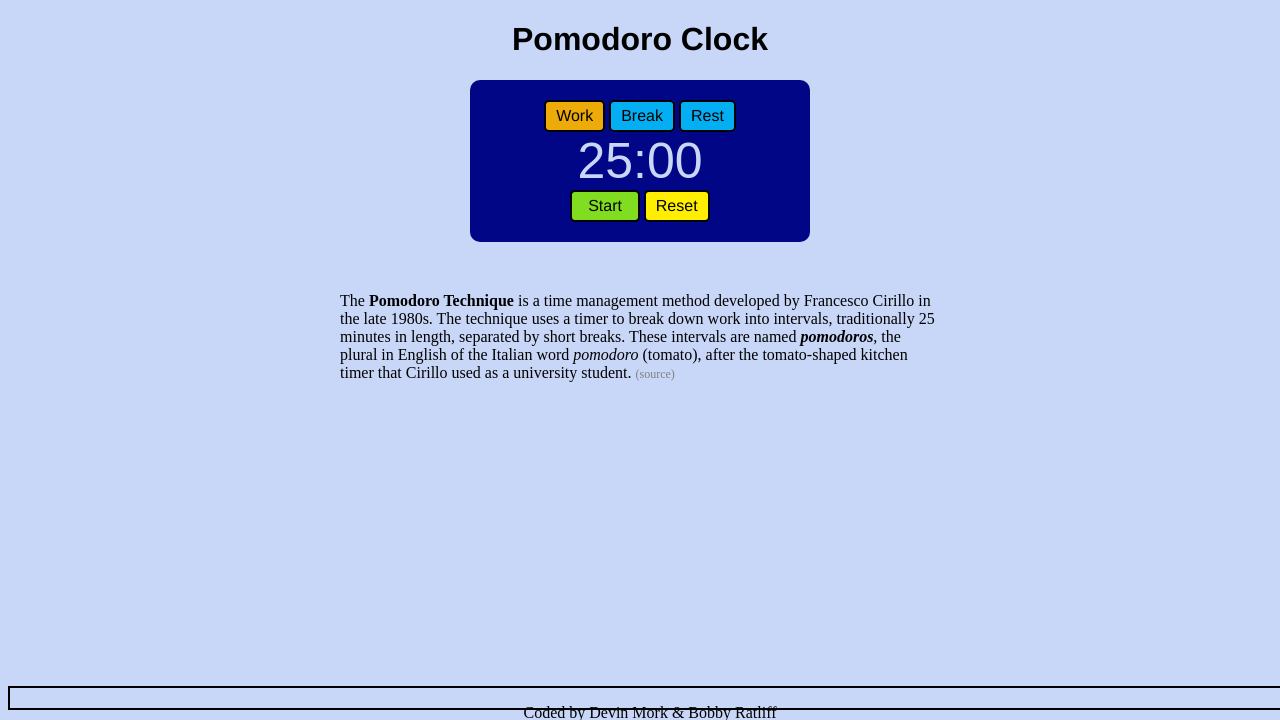
Repository: Demo318/pomodoro-clock
Page: index.html
The author's editor kept a record of every edit. The page is drawn from the files as they stood at one moment, then again after the next edit.
The browser window is 1280 px wide. The pictures show the whole page.

Above is the page before.

### index.html
<!Doctype HTML>
<html>
<head>
    <link rel="stylesheet" href="style.css" />
    <title>Best Clock Evar!</title>
</head>
<body>
    <div class="container"></div>
<h1>Pomodoro Clock</h1>
<div class="clock-app">
    <div class="workflow-commands">
        <div class="work button">Work</div>
        <div class="break button">Break</div>
        <div class="rest button">Rest</div>
    </div>
    <div class="timer">00:00</div>
    <div class="timer-control">
        <div class="start-timer button start">Start</div>
        <div class="reset-timer button">Reset</div>
    </div>
</div>
    <div class="description">
        <p>The <b>Pomodoro Technique</b> is a time management method developed by Francesco Cirillo in the late 1980s. The technique uses a timer to break down work into intervals, traditionally 25 minutes in length, separated by short breaks. These intervals are named <b><i>pomodoros</i></b>, the plural in English of the Italian word <i>pomodoro</i> (tomato), after the tomato-shaped kitchen timer that Cirillo used as a university student. <a href="https://en.wikipedia.org/wiki/Pomodoro_Technique"><span class="citation">(source)</span></a></p>
    </div>
    <div class="credit">
        <p>Coded by <a href="https://github.com/Demo318">Devin Mork</a> &amp; <a href="https://github.com/rratliff">Bobby Ratliff</a></p>
    </div>
</div>
<script src="jquery-3.2.1.js"></script>
<script src="app.js"></script>
</body>
</html>

### style.css
body {
    background-color: #C8D6F7;

}

h1 {
    font-family: Helvetica, Arial, sans-serif;
    text-align: center;
}

.clock-app {
    width: 300px;
    margin: auto;
    text-align: center;
    border: 0px solid black;
    border-radius: 10px;
    padding: 20px;
    background-color: #000685;

}


.button {
    display: inline-block;
    border: 2px solid black;
    border-radius: 5px;
    font-family: Helvetica, Arial, sans-serif;
    padding: 5px 10px;
    background-color: #03AEF3;

}

.button:hover {
    cursor: pointer;
}

.start-timer {
    width: 45.375px;
}

.reset-timer {
    background-color: #ffee00;
}

.start {
        background-color: #81DD1F;
}

.pause {
    background-color: #ED6C28;
}

.workflow-commands {
    display: block;
    margin:auto;
}

.timer {
   display: block;
   font-size: 50px;
   font-family: Arial, sans-serif;
   color: #C8D6F7;
}

.timer-control {
    display: block;
}

.highlight {
    background-color: #EDAB09;
}

.description {
    width: 600px;
    margin: 50px auto;
}

a {
    text-decoration: none;
    color:black;
}

.citation {
    color: gray;
    font-size: 12px;
}

.credit {
    position: fixed;
    bottom: 10px;
    text-align: center;
    border: 2px solid black;
    width: 100%;
    height: 20px;
    margin-left: auto;
    margin-right: auto;
    margin-top: auto;
}

### app.js
var clockStates = {"work":25*60,"break": 5*60,"rest":15*60};
var time = 0
var intervalID = undefined
var isRunning = false
var workflow = []
var currentWorkflow = "work"
var audio = new Audio('timer-with-ding.wav');

var convertTime = function (seconds) {
    var minutes = Math.floor(seconds/60);
    seconds = (seconds - (minutes*60)).toString();
    if (seconds.length < 2) {
        seconds = "0" + seconds
    }
    minutes = minutes.toString()
    if (minutes.length < 2) {
        minutes = "0" + minutes
    }
    return minutes + ":" + seconds;
};

var renderTimer = function () {
    $(".timer").html(convertTime(time));
    var currentClass = "." + currentWorkflow
    if ($(currentClass).hasClass("highlight")){} else {
        $(".workflow-commands .button").removeClass("highlight");
        $(currentClass).addClass("highlight");
    }
    if (isRunning && $(".start-timer").hasClass("start")) {
            $(".start-timer").html("Pause").removeClass("start").addClass("pause")
        }
};

var timerEnded = function() {
    audio.play(); //play sound
    if (workflow.length == 6) {
        workflow = []
    }
    var next
    workflow.push(currentWorkflow);
    if (currentWorkflow == "work") {
        switch (workflow.filter(function(el) { return el == "work"}).length) {
            case 1:
                next = "break";
                break;
            case 2:
                next = "break";
                break;
            case 3:
                next = "rest";
                break;
        }
    } else if (currentWorkflow == "break" || currentWorkflow == "rest") {
        next = "work"
    }
    time = clockStates[next]
    currentWorkflow = next
    startTimer();
}

var startTimer = function () {
       intervalID = setInterval(function (){
                if (time === 0) {
                    stopTimer()
                    timerEnded()
                }
                else {
                    time = time-1
                }
                renderTimer()
            }, 1000)
            isRunning = true;
};

var stopTimer = function() {
    clearInterval(intervalID)
    isRunning = false;
}

var setStartButton = function () {
    $(".start-timer").html("Start").removeClass("pause").addClass("start");
}

$(document).ready(function () {



    // initial value
    time = clockStates["work"]
    renderTimer()


    //click listeners to reset timer
    $(".workflow-commands .work").on("click", function (){
        currentWorkflow = "work"
        time = clockStates[currentWorkflow]
        renderTimer()
        stopTimer()
        setStartButton()
    })

    $(".workflow-commands .break").on("click", function (){
        currentWorkflow = "break"
        time = clockStates[currentWorkflow]
        renderTimer()
        stopTimer()
        setStartButton()
    })

    $(".workflow-commands .rest").on("click", function (){
        currentWorkflow = "rest"
        time = clockStates[currentWorkflow]
        renderTimer()
        stopTimer()
        setStartButton()
    })

    $(".timer-control .start-timer").on("click", function () {
        if (isRunning) {
            stopTimer()
        } else {
            startTimer()
        }
        if ($(".start-timer").hasClass("pause")) {
            setStartButton()
        }
    })

    $(".timer-control .reset-timer").on("click", function() {
        stopTimer()
        currentWorkflow = "work"
        workflow = []
        time = clockStates[currentWorkflow]
        renderTimer()
        setStartButton()
    })

});

Loaded but not shown: jquery-3.2.1.js (library)

After the next edit:
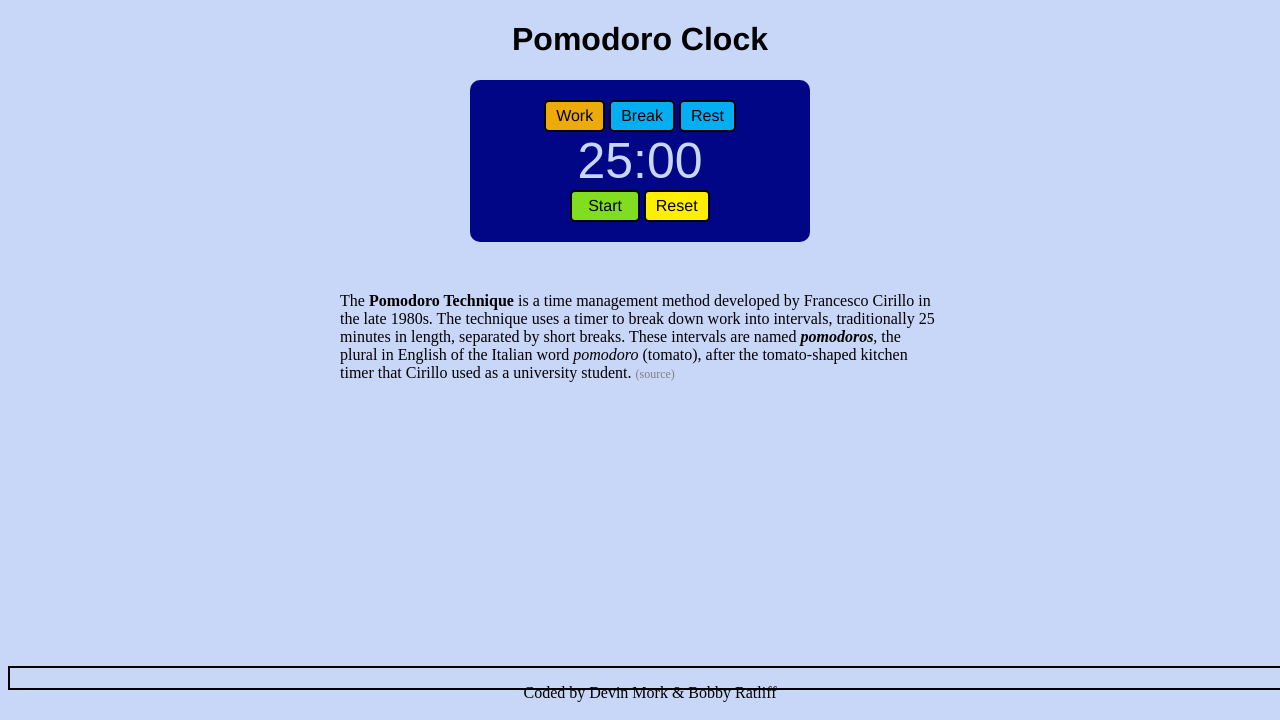
The edit:
--- a/style.css
+++ b/style.css
@@ -92,7 +92,5 @@
     border: 2px solid black;
     width: 100%;
     height: 20px;
-    margin-left: auto;
-    margin-right: auto;
-    margin-top: auto;
+    margin-bottom: 20px;
 }
